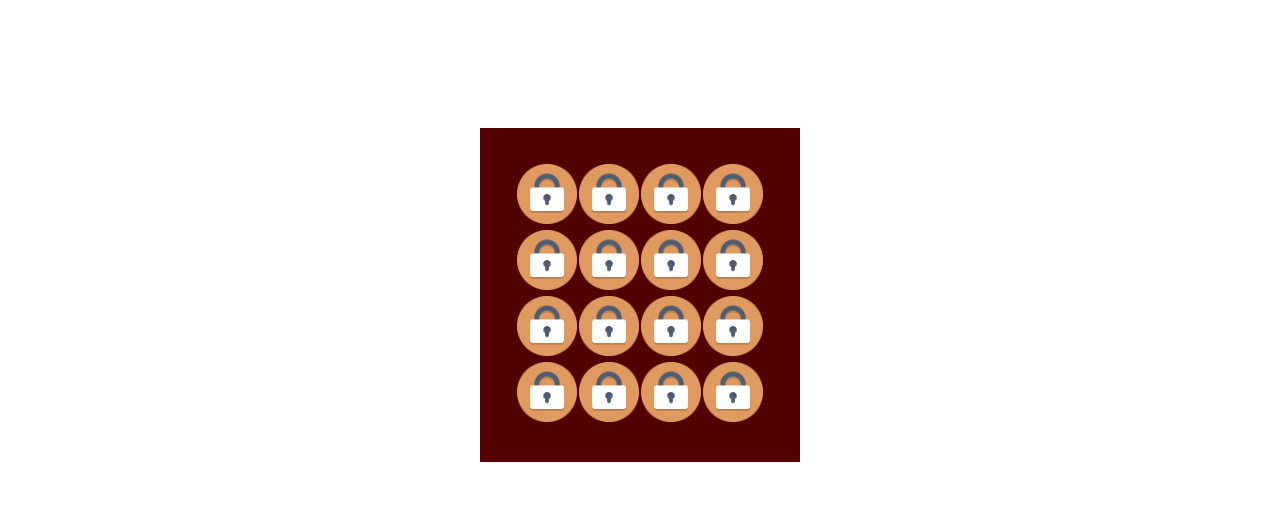
Repository: jb223cp/1dv403-laborationer
Page: 3-gameon/memory/index.html
The author's editor kept a record of every edit. The page is drawn from the files as they stood at one moment, then again after the next edit.
The browser window is 1280 px wide. The pictures show the whole page.

Above is the page before.

### 3-gameon/memory/index.html
<!DOCTYPE html>
<html lang="sv">
<head>
	<meta charset="UTF-8" />
	<link href='//fonts.googleapis.com/css?family=Bangers' rel='stylesheet' type='text/css'>
	<link rel="stylesheet" href="css/main.css" media="only screen and (min-width:768px)" />
	      <script src="script/random.js"></script>
    	  <script src="script/memory.js"></script>
 	<title>Memory</title>

</head>
    <body>
        <section id="container">
            <table id="board">

            </table>
        </section>
    </body>
</html>

### 3-gameon/memory/css/main.css
html, body, div, span, applet, object, iframe,
p, blockquote, pre,
a, abbr, acronym, address, big, cite, code,
del, dfn, em, img, ins, kbd, q, s, samp,
small, strike, strong, sub, sup, tt, var,
b, u, i, center, ol, ul, li,
fieldset, form, label, legend,
table, caption, tbody, tfoot, thead, tr, th, td,
article, aside, canvas, details, embed,
figure, figcaption, footer, header, hgroup,
menu, nav, output, ruby, section, summary,
time, mark, audio, video {
	margin: 0;
	padding: 0;
	border: 0;
	font-size: 100%;
	font: inherit;
	vertical-align: baseline;
}
/* HTML5 display-role reset for older browsers */

article, aside, details, figcaption, figure,
footer, header, hgroup, menu, nav, section {
	display: block;
}

section{
    width:25%;
    margin-top:10%;
    background-color:#520000;
    margin-left:auto;
    margin-right:auto;
}
table{

    margin-left:auto;
    margin-right:auto;
    padding-top:10%;
    padding-bottom:10%;
    border-style:solid;
    border-width:2px;
    border-color:#520000;
}

td{
    width:60px;
    height:60px;
}
img{
    width:100%;
    height:100%;
}

### 3-gameon/memory/script/random.js
var RandomGenerator = {

	/*
		Denna metod tar antalet rader och columner som inparameter.

		Metoden returnerar en array inneh�llandes utslumpade tal mellan 1 och (rows*cols)/2. Varje tal representeras tv�
		g�nger och motsvarar s�ledes en spelbricka.

		I en 4*4 matris kan Arrayen t.ex. se ut s� h�r:
		[1,2,6,8,6,2,5,3,1,3,7,5,8,4,4,7]

		I en 2*4 matris kan Arrayen t.ex. se ut s� h�r:
		[3,4,4,1,2,1,2,3]
	*/

	getPictureArray: function(rows, cols)
	{
		var numberOfImages = rows*cols;
		var maxImageNumber = numberOfImages/2;

	   	var imgPlace = [];

	   //Utplacering av bilder i Array
	   for(var i=0; i<numberOfImages; i++)
		  imgPlace[i] = 0;

		for(var currentImageNumber=1; currentImageNumber<=maxImageNumber; currentImageNumber++)
		{
			var imageOneOK = false;
			var imageTwoOK = false;

			do
			{
				if(imageOneOK == false)
				{
					var randomOne = Math.floor( (Math.random() * (rows*cols-0) + 0) );

					if( imgPlace[randomOne] == 0 )
					{
						imgPlace[randomOne] = currentImageNumber;
						imageOneOK = true;
					}
				}

				if(imageTwoOK == false)
				{
					var randomTwo = Math.floor( (Math.random() * (rows*cols-0) + 0) );

					if( imgPlace[randomTwo] == 0 )
					{
						imgPlace[randomTwo] = currentImageNumber;
						imageTwoOK = true;
					}
				}
			}
			while(imageOneOK == false || imageTwoOK == false);
		}

		return imgPlace;
	}
}

### 3-gameon/memory/script/memory.js
"use strict";

var Memory = {

    squares:[],
    rows: 4,
    cols: 4,

    init: function(){



       Memory.squares = RandomGenerator.getPictureArray(Memory.rows, Memory.cols);

       console.log(Memory.squares);
       console.log(Memory.squares[0]);
       Memory.renderTable(4,4);

       return false;
    },

    renderTable: function(rows,cols){


        var table=document.getElementById("board");
        var placeHolder=0;


        var tableRow,imgTag,link,tableCol;
        for (var i=0; i<rows; ++i){

            tableRow = document.createElement("tr");
            table.appendChild(tableRow);

               for (var j=0; j<cols;++j){
                   tableCol=document.createElement("td");
                   imgTag =document.createElement("img");
                   link = document.createElement("a");
                   imgTag.setAttribute("src", "pics/0.png");
                   imgTag.setAttribute("alt", "?");
                   link.setAttribute("href", "#");
                   link.setAttribute("class", "link");
                   placeHolder=(((rows*(i+1))-rows)+j);

                   link.setAttribute("id", placeHolder);

                   tableRow.appendChild(tableCol);
                   tableCol.appendChild(link);
                   link.appendChild(imgTag);
               }
        }


        var picNumber=0;
        var unknown;
        var previousPosition;
        var previousNumber;
        var counter=1;
        var flag=true;

        var el=document.body.getElementsByClassName('link');
        for(var c=0;c<el.length;c++) {

               el[c].onclick = function() {

                   unknown=this.id;
                   var isOdd = counter%2;

                   if(unknown===previousPosition && isOdd===0){
                       event.preventDefault();
                   }





                   picNumber=Memory.squares[this.id];

                   var current = document.getElementById(unknown);
                   var previous = document.getElementById(previousPosition);





                       if (isOdd===1){

                           current.firstChild.setAttribute("src", "pics/"+picNumber+".png");
                           /*current.setAttribute("onclick", "return false");*/
                           current.removeAttribute("href");

                       }
                       else{




                                   current.firstChild.setAttribute("src", "pics/"+picNumber+".png");
                                   /*current.setAttribute("onclick", "return false");*/


                                if (previousNumber===picNumber && unknown!=previousPosition){


                                   previous.firstChild.setAttribute("src", "pics/"+picNumber+".png");
                                   previous.setAttribute("onclick", "return false");
                                   current.setAttribute("onclick", "return false");

                                }
                                else{


                                    setTimeout(function () {

                                           current.firstChild.setAttribute("src", "pics/0.png");
                                           previous.firstChild.setAttribute("src", "pics/0.png");
                                           current.removeAttribute("onclick");
                                           previous.removeAttribute("onclick");
                                           previous.setAttribute("href", "#");
                                           /*current.firstChild.setAttribute("onclick", "return false");*/
                                           callback();
                                       }, 1000);

                                }


                       }




                       previousNumber=picNumber;
                       previousPosition=unknown;

                       counter++;
                       var queue=2;
                       queue=counter;


                       return false;

            }
        }

    }

};

window.onload = Memory.init;

After the next edit:
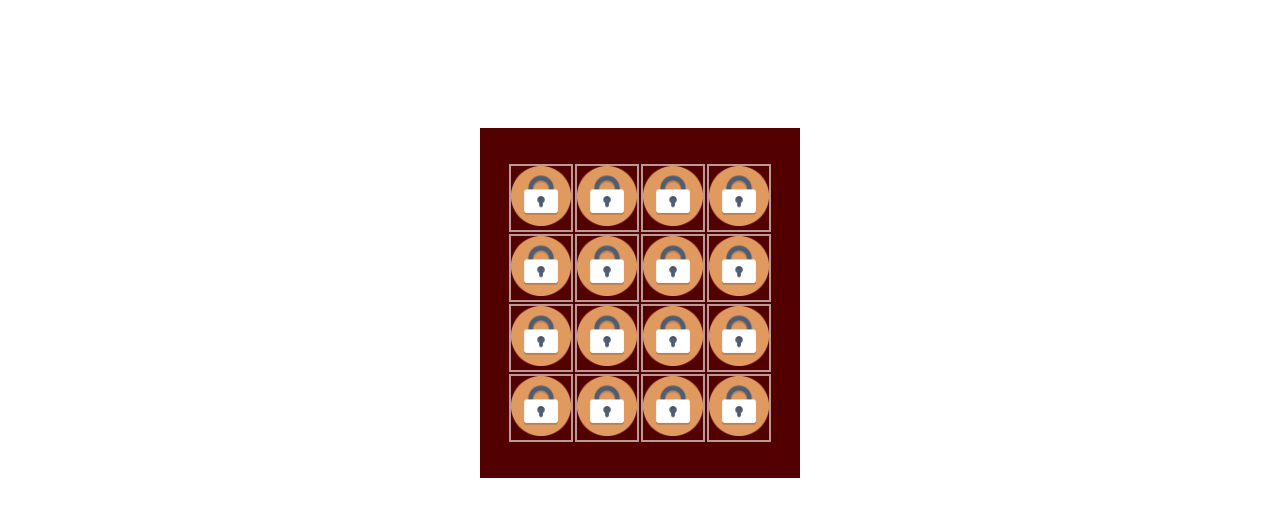
The edit:
--- a/3-gameon/memory/css/main.css
+++ b/3-gameon/memory/css/main.css
@@ -45,6 +45,9 @@
 td{
     width:60px;
     height:60px;
+    border-style:solid;
+    border-width:2px;
+    border-color:#BA9999;
 }
 img{
     width:100%;
